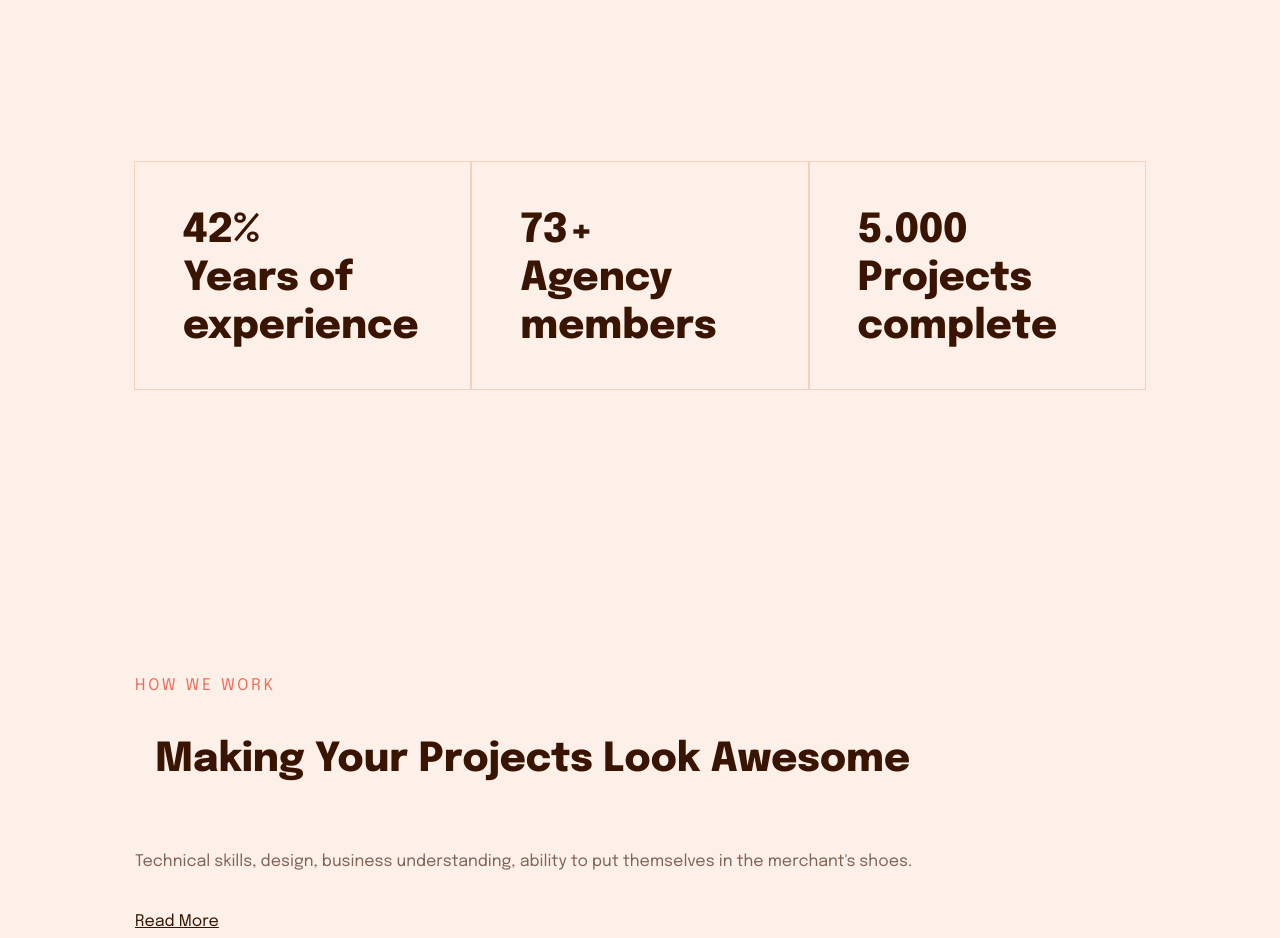
Repository: MehdiKerimov/Figma-task-7
Page: index.html
An editor plug-in stored every save of this project. The page is shown before and after a run of saves, followed by the edit.
The browser window is 1280 px wide. The pictures show the whole page.

Above is the page before, as saved 2023-08-30 12:07:17.

After the next 2 saves:
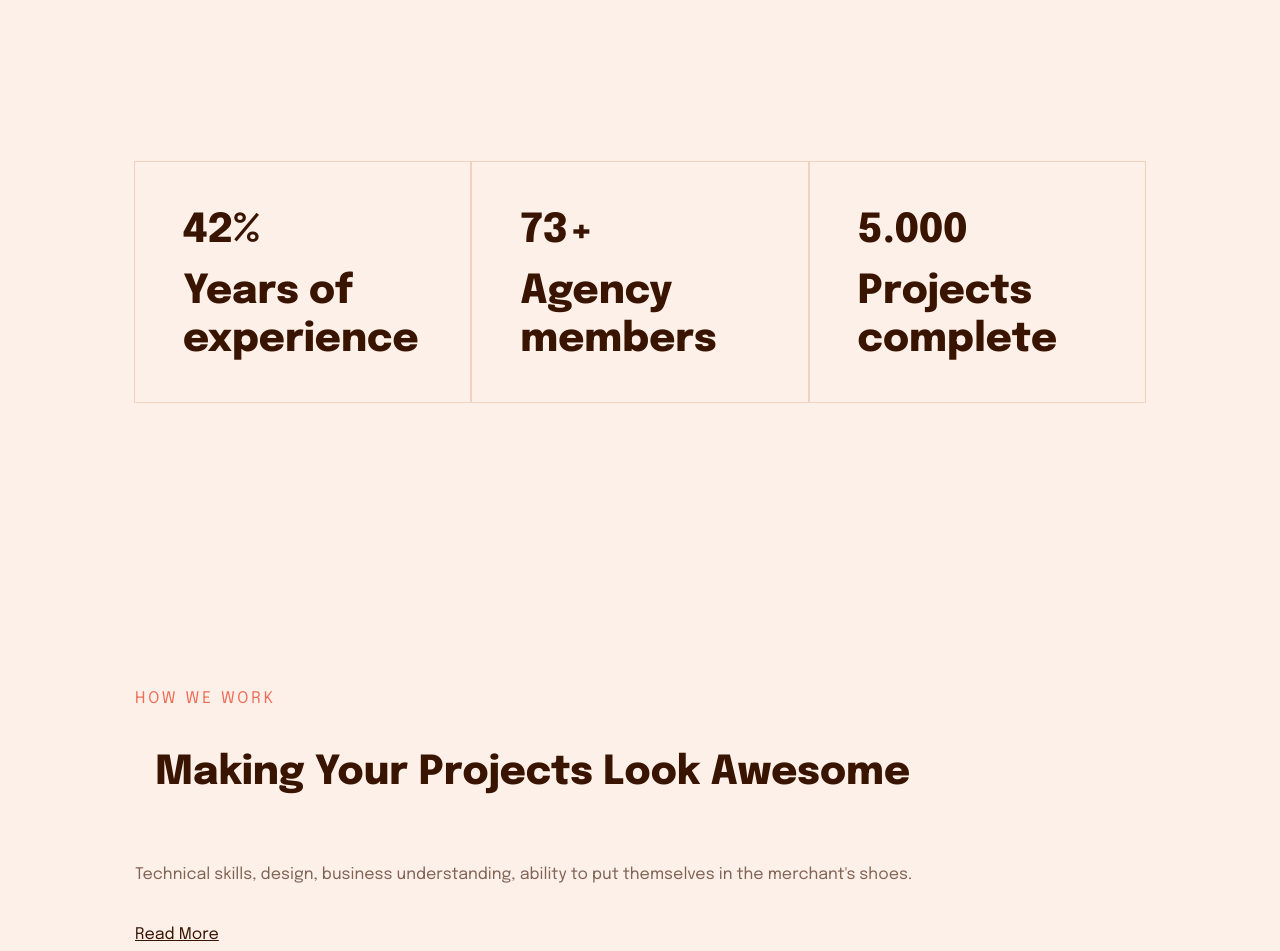
The 2 saves are shown as one change because they came seconds apart.
The last was saved 6 s later.
--- a/index.css
+++ b/index.css
@@ -36,6 +36,7 @@
     line-height: 48px;
 }
 .container-1 ul li p{
+    margin-top: 13px;
     color: var(--text-dark, #391400);
     font-feature-settings: "clig" off, "liga" off;
     font-family: Epilogue;
